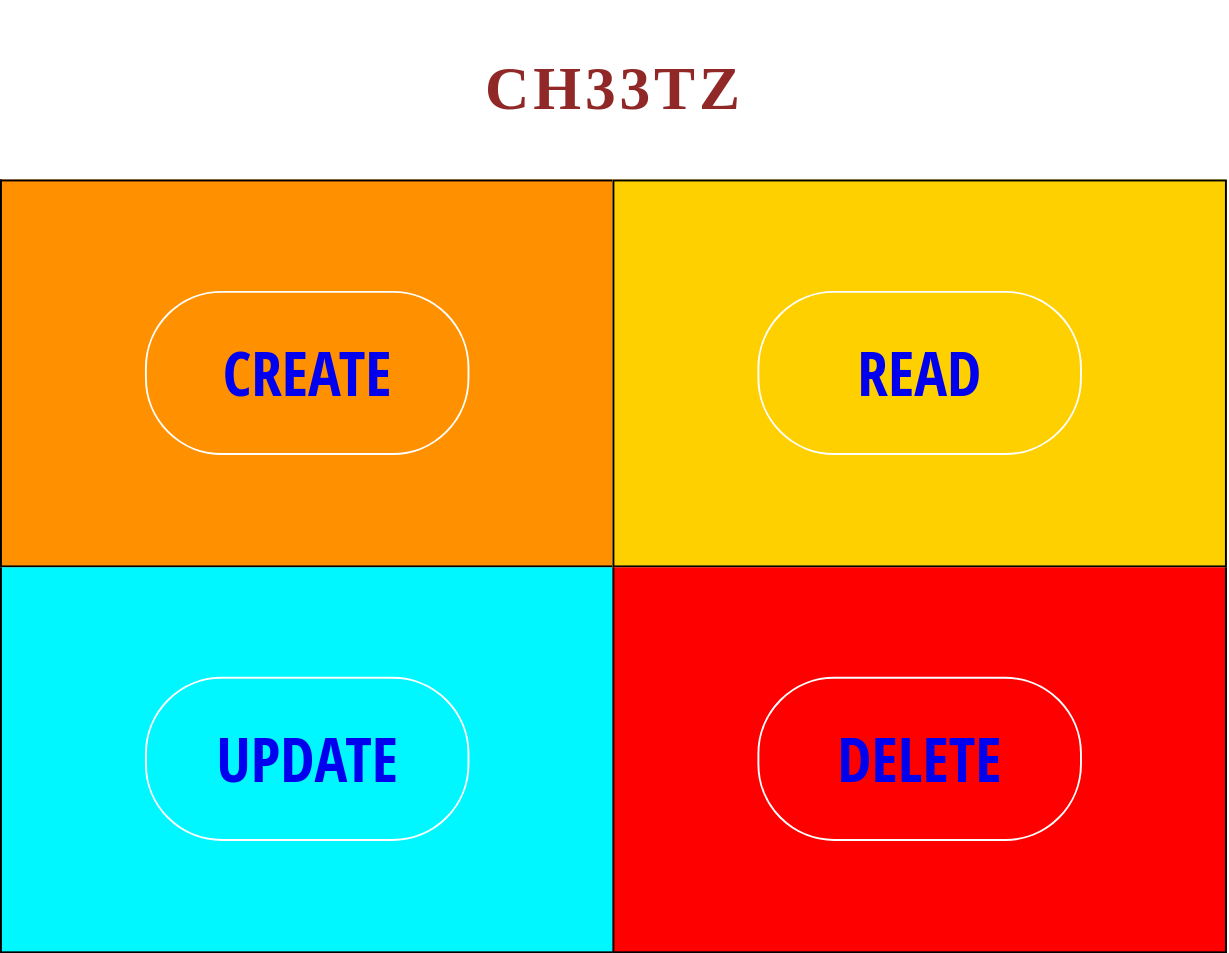
Repository: ivanmirandastavenuiter/spring-boot-mvc-crud
Page: http://localhost/ch33tz/
These files come from the project's save history. The page is drawn as it stood at one moment and after the next save; the edit follows.
The browser window is 1280 px wide. The pictures show the whole page, at 96% of full size.
Some web fonts or font styles are not loaded; a fallback is used. The page is served by Tomcat 9.

Above is the page before, as saved 2020-04-28 16:19:31.

After the next save:
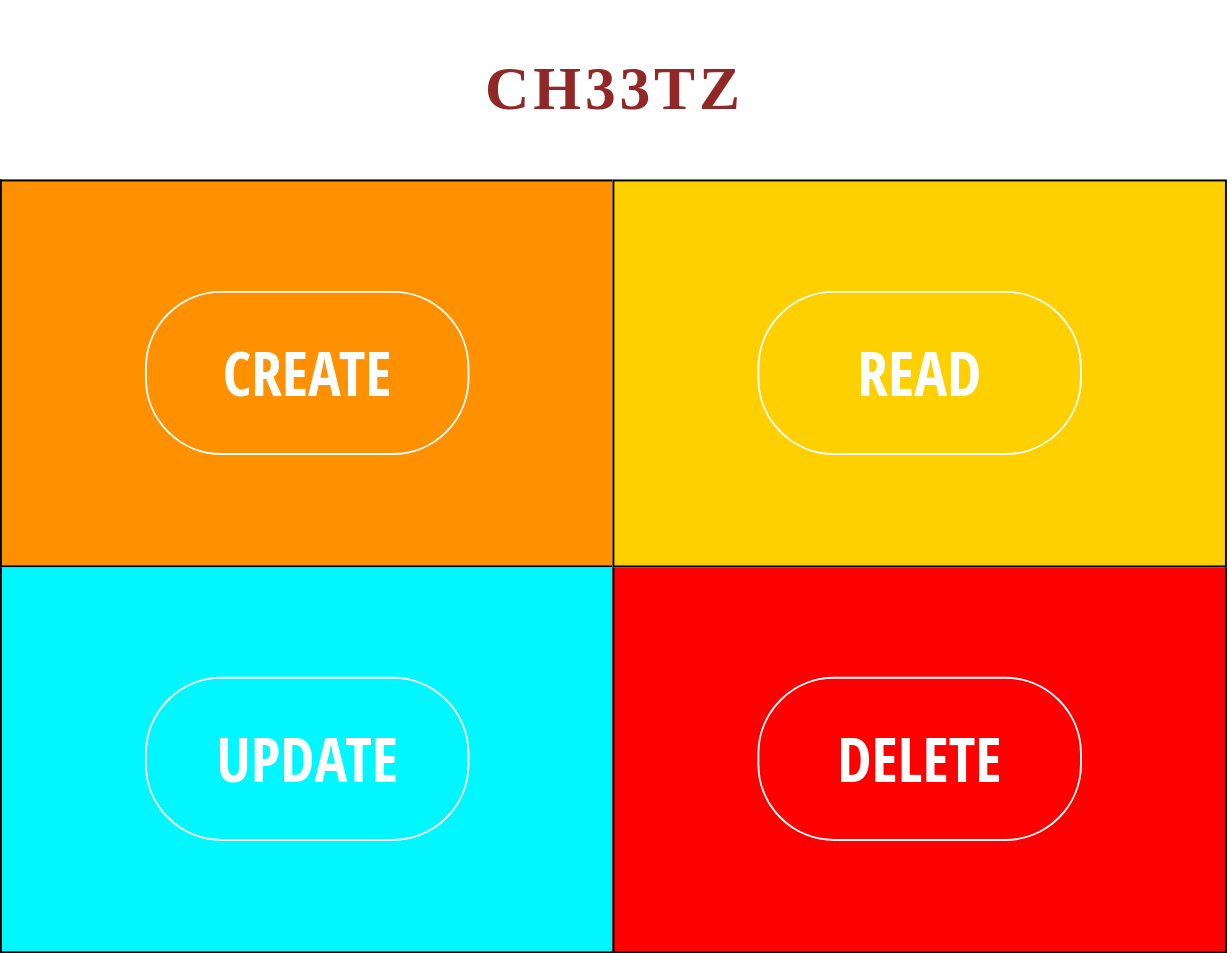
Saved 66 s later.
--- a/ch33tz/src/main/webapp/index.jsp
+++ b/ch33tz/src/main/webapp/index.jsp
@@ -76,6 +76,7 @@
 
         div.operation-label a {
         	text-decoration: none;
+        	color: inherit;
         }
 
         @media (max-width: 1000px) {
